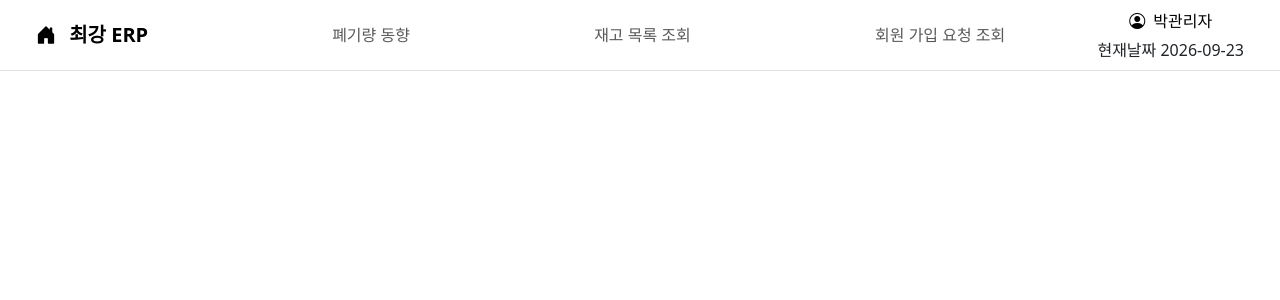
Repository: nojong99/kosta
Page: 32_MVCModel2/src/main/webapp/memberHeader.html
An editor plug-in stored every save of this project. The page is shown before and after the next save, followed by the edit.
The browser window is 1280 px wide. The pictures show the whole page.

Above is the page before, as saved 2026-09-23 06:42:05.

After the next save:
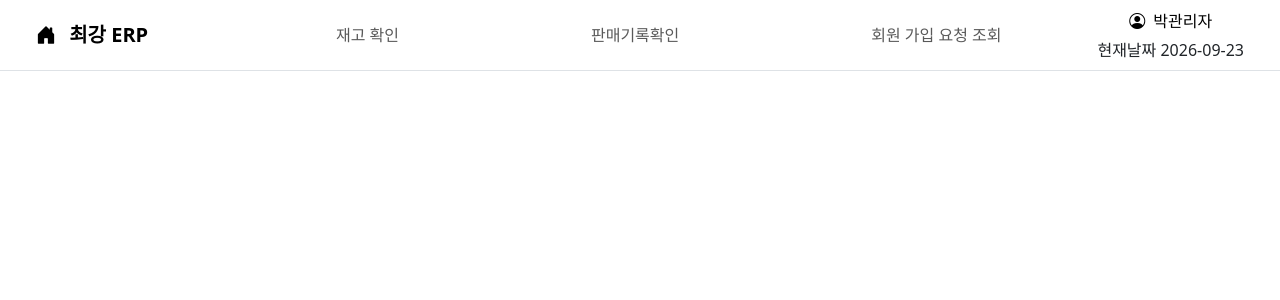
Saved 3 min 33 s later.
--- a/32_MVCModel2/src/main/webapp/memberHeader.html
+++ b/32_MVCModel2/src/main/webapp/memberHeader.html
@@ -26,7 +26,7 @@
 
 					<li class="nav-item dropdown flex-fill text-center"><a
 						class="nav-link dropdown-toggle" href="#" role="button"
-						data-bs-toggle="dropdown"> 폐기량 동향 </a>
+						data-bs-toggle="dropdown"> 재고 확인</a>
 
 						<ul class="dropdown-menu">
 
@@ -36,7 +36,7 @@
 
 					<li class="nav-item dropdown flex-fill text-center"><a
 						class="nav-link dropdown-toggle" href="#" role="button"
-						data-bs-toggle="dropdown"> 재고 목록 조회 </a>
+						data-bs-toggle="dropdown"> 판매기록확인 </a>
 						<ul class="dropdown-menu">
 
 							<li><a class="dropdown-item" href="#"> </a></li>
